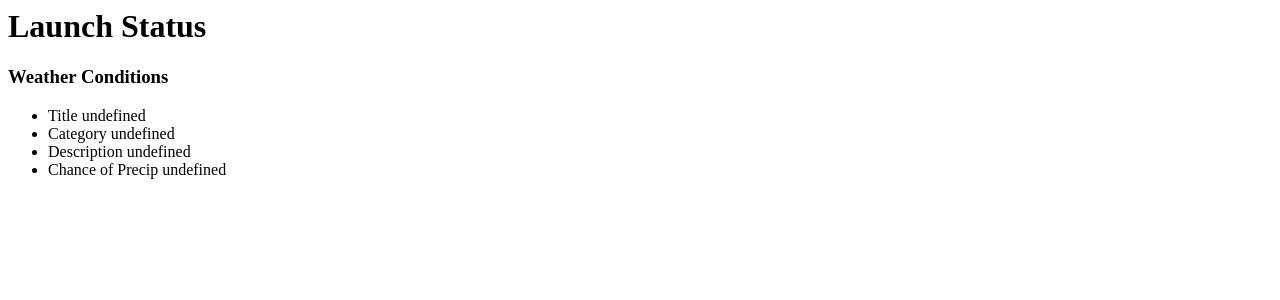
Repository: JohnRudolph1/Events-JSON
Page: index.html
An editor plug-in stored every save of this project. The page is shown before and after a run of saves, followed by the edit.
The browser window is 1280 px wide. The pictures show the whole page.

Above is the page before, as saved 2022-01-10 09:17:45.

### index.html
<html>
   <head>
      <title>Launch Status</title>
      <script>
         window.addEventListener("load", function() {
            fetch("json.js").then( function(response) {
               response.json().then( function(json) {
                  const div = document.getElementById("weather-conditions");
                  // Add HTML that includes the JSON data
                  div.innerHTML = `
                     <ul>
                        <li>Title ${json.title}</li>
                        <li>Category ${json.category}</li>
                        <li>Description ${json.description}</li>
                        <li>Chance of Precip ${json.chanceOfPrecipitation}</li>
                     </ul>
                  `;
               });
            });
         });
      </script>
   </head>
   <body>
      <h1>Launch Status</h1>
      <h3>Weather Conditions</h3>
      <div id="weather-conditions">
         <!-- Weather data is added here dynamically. -->
      </div>
   </body>
</html>

Loaded but not shown: json.js (1073 lines, source omitted)

After the next 2 saves:
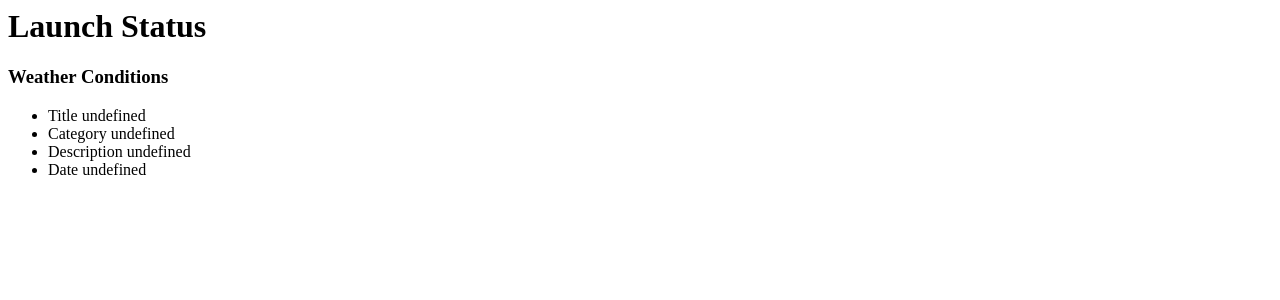
The 2 saves are shown as one change because they came seconds apart.
The last was saved 15 s later.
--- a/index.html
+++ b/index.html
@@ -12,7 +12,7 @@
                         <li>Title ${json.title}</li>
                         <li>Category ${json.category}</li>
                         <li>Description ${json.description}</li>
-                        <li>Chance of Precip ${json.chanceOfPrecipitation}</li>
+                        <li>Date ${json.start}</li>
                      </ul>
                   `;
                });
